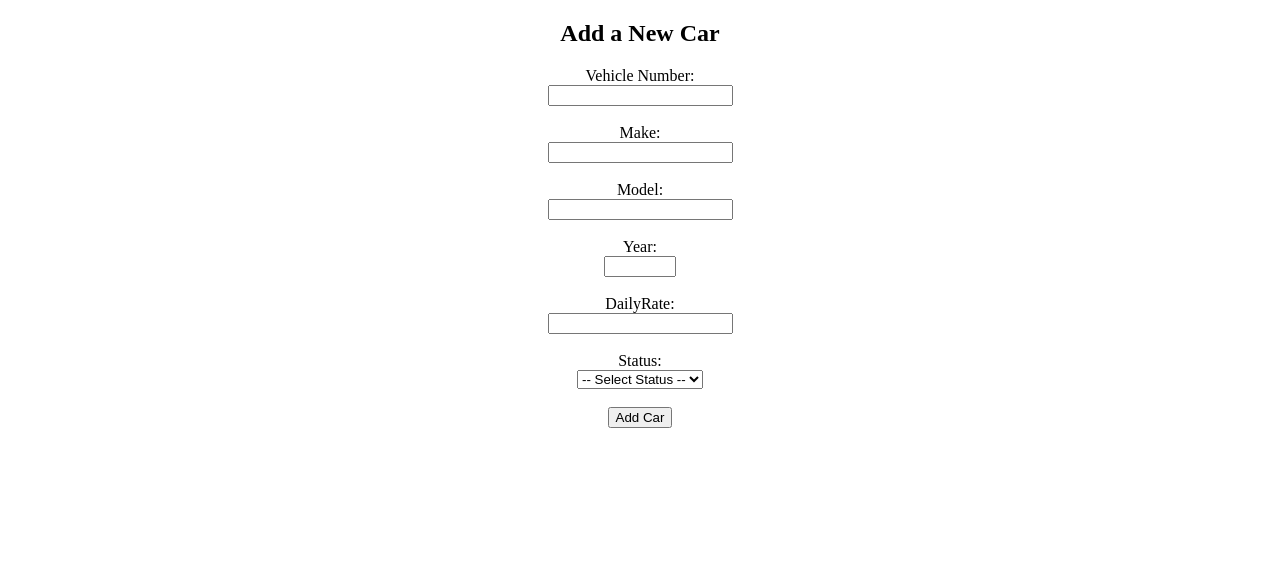
Repository: harsh23012/InfiniteProjects
Page: CarRent/carrent/src/main/webapp/AddVehicle.html
An editor plug-in stored every save of this project. The page is shown before and after the next save, followed by the edit.
The browser window is 1280 px wide. The pictures show the whole page.

Above is the page before, as saved 2025-05-02 04:44:10.

After the next save:
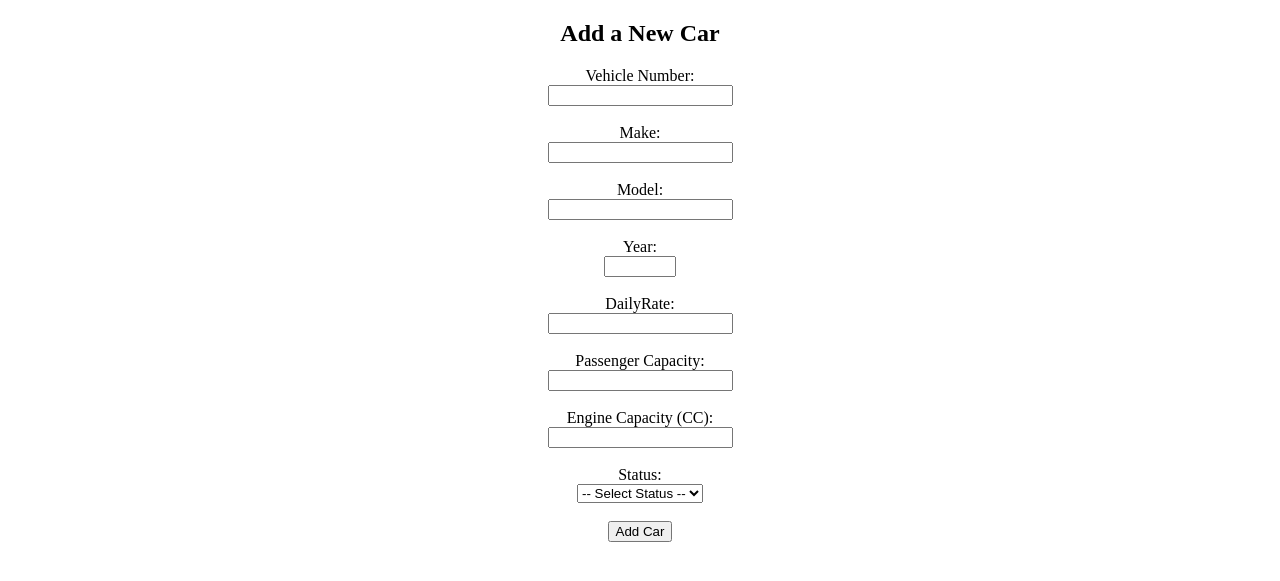
Saved 95 s later.
--- a/CarRent/carrent/src/main/webapp/AddVehicle.html
+++ b/CarRent/carrent/src/main/webapp/AddVehicle.html
@@ -24,6 +24,12 @@
             DailyRate: <br>
             <input type="number" name="dailyRate" required /><br><br>
 
+			Passenger Capacity: <br>
+            <input type="number" name="passengerCapacity" required /><br><br>
+
+			Engine Capacity (CC): <br>
+            <input type="number" name="engineCapacity" required /><br><br>
+
             Status: <br>
             <select name="status" required>
                 <option value="">-- Select Status --</option>
